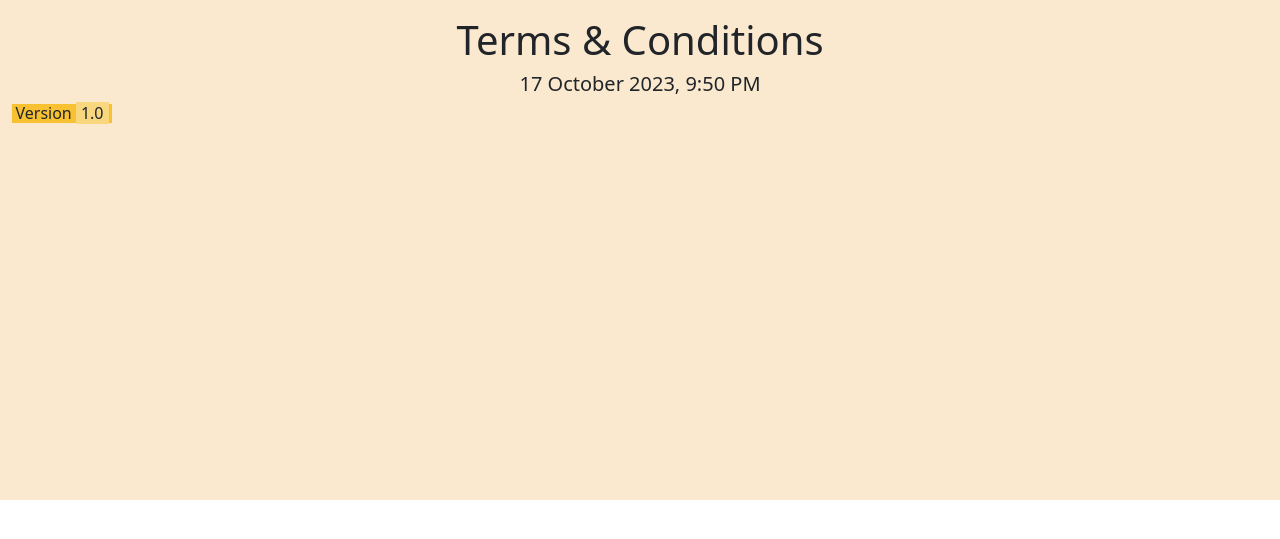
Repository: injectGroup/github.io
Page: terms.html
An editor plug-in stored every save of this project. The page is shown before and after the next save, followed by the edit.
The browser window is 1280 px wide. The pictures show the whole page.

Above is the page before, as saved 2023-11-30 07:24:29.

After the next save:
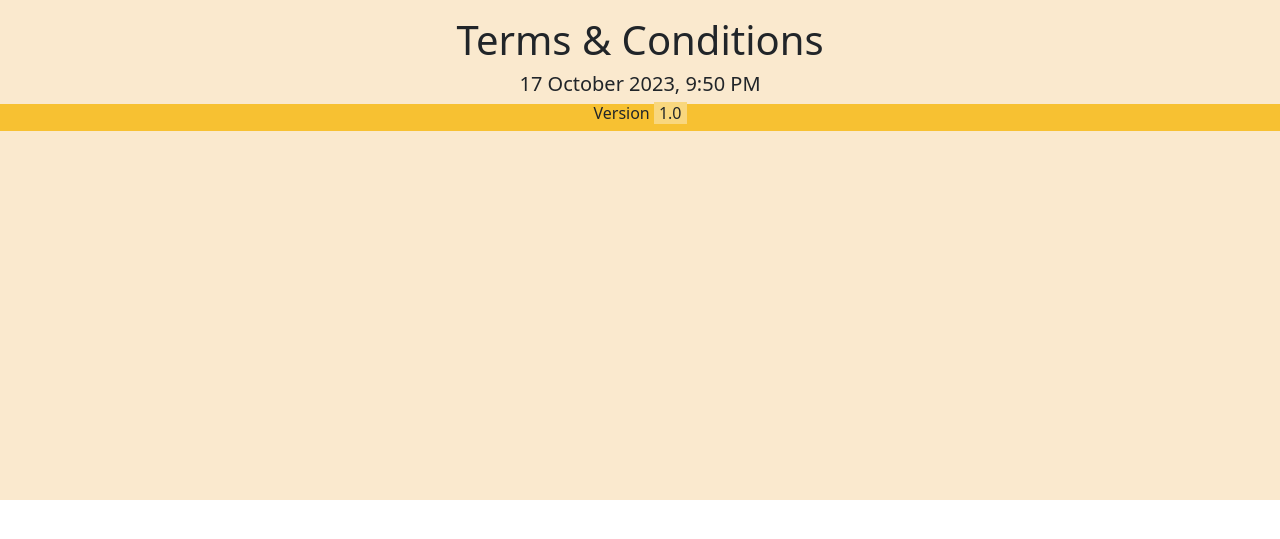
Saved 29 s later.
--- a/terms.html
+++ b/terms.html
@@ -26,8 +26,8 @@
             <h5 class="version-date">
                 17 October 2023, 9:50 PM
             </h5>
-            <div class="col align-self-center">
-                <h6 class="version text-center">
+            <div class="col align-self-center version">
+                <h6 class="text-center">
                     Version
                     <span class="version-number">1.0</span>
                 </h6>
